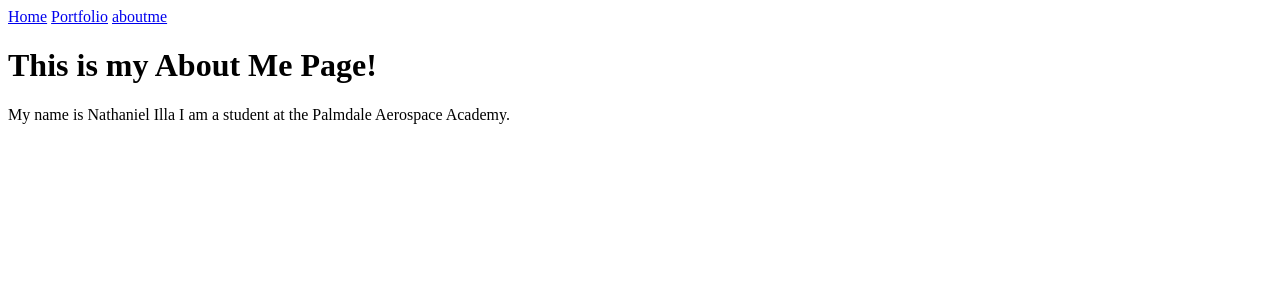
Repository: nilla1867/nilla1867.github.io
Page: my_website/aboutme.html
The author's editor kept a record of every edit. The page is drawn from the files as they stood at one moment, then again after the next edit.
The browser window is 1280 px wide. The pictures show the whole page.

Above is the page before.

After the next edit:
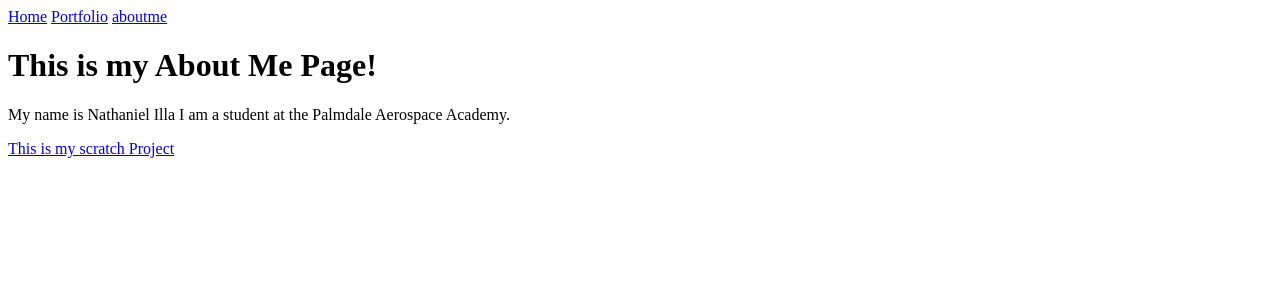
The edit:
--- a/my_website/aboutme.html
+++ b/my_website/aboutme.html
@@ -10,5 +10,8 @@
     <a href="aboutme.html">aboutme</a>
     <h1>This is my About Me Page!</h1>
     <p>My name is Nathaniel Illa I am a student at the Palmdale Aerospace Academy.</p>
-	</body>
+	 <a href="https://scratch.mit.edu/projects/326801739">This is my scratch Project</a>
+    <br>
+    </a>
+	  </body>
 	</html>
